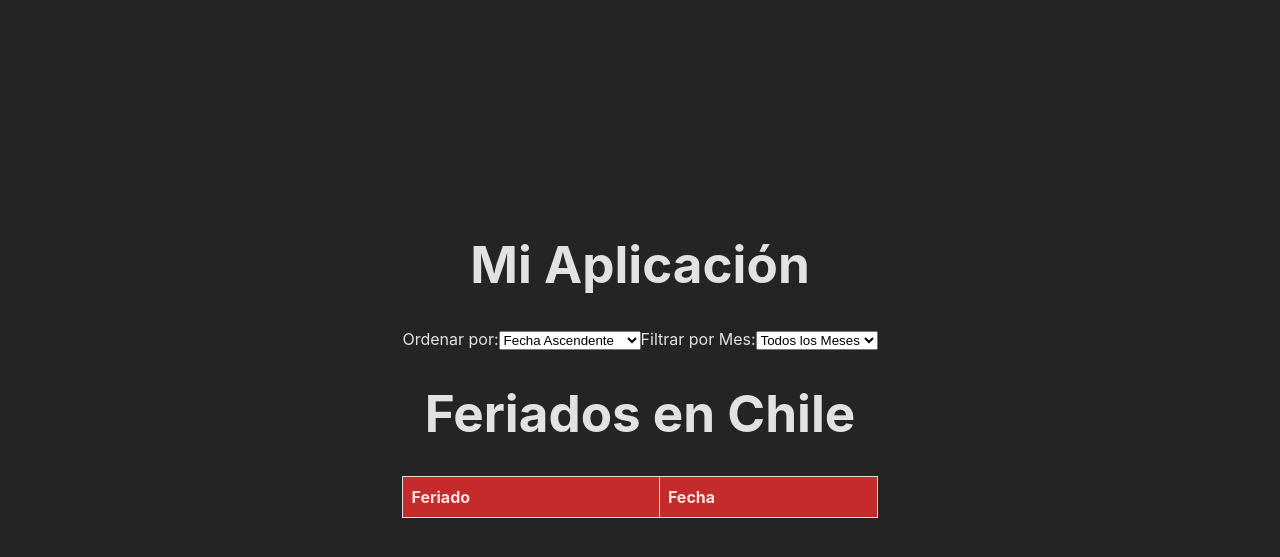
Repository: cvalenciapatagonia/Desafio-4-React-I
Page: /
The author's editor kept a copy of each file at every save. The page is drawn from the files as they stood at one save, then again after the next save.
The browser window is 1280 px wide. The pictures show the whole page.
The page's requests for data from a server got no answer. The project was rebuilt for these pictures with package versions that can differ from the ones it lists, and the page was loaded fresh each time. No one was signed in, and anything a server would have sent is missing. Also part of the build but not shown: vite.config.js.

Above is the page before, as saved 2023-09-07 13:36:55.

After the next save:
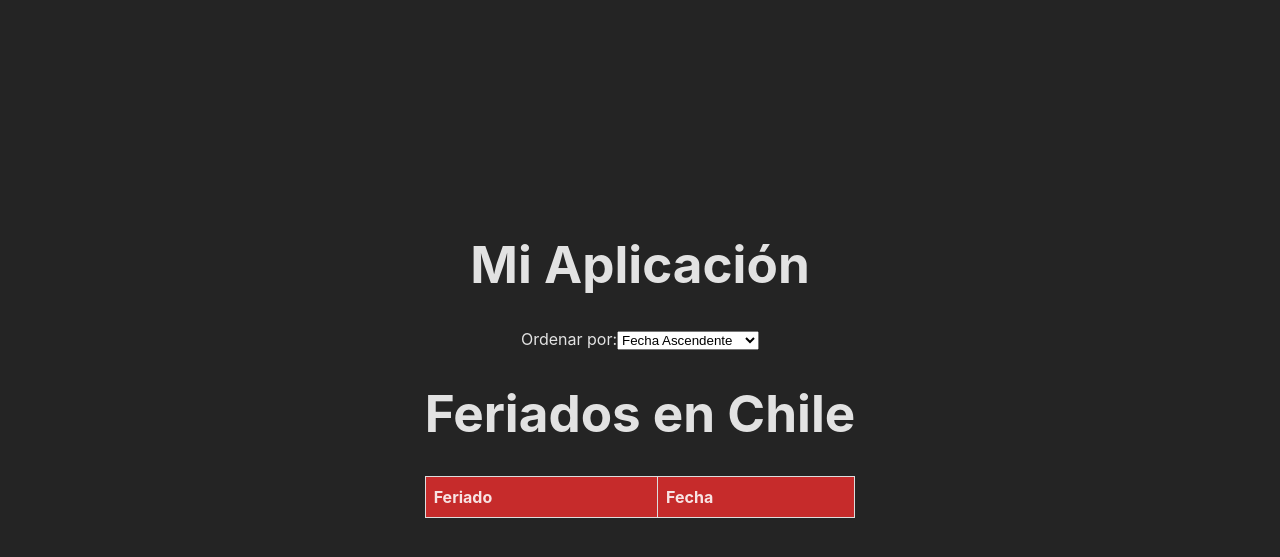
Saved 32 s later.
--- a/src/components/Buscador.jsx
+++ b/src/components/Buscador.jsx
@@ -1,19 +1,12 @@
 import React, { useState } from 'react';
 
-function Buscador({ onSortChange, onMonthChange }) {
+function Buscador({ onSortChange }) {
   const [sortOption, setSortOption] = useState('asc'); // Opción de ordenamiento predeterminada
-  const [selectedMonth, setSelectedMonth] = useState(''); // Mes seleccionado
 
   const handleSortChange = (e) => {
     const selectedOption = e.target.value;
     setSortOption(selectedOption);
     onSortChange(selectedOption);
-  };
-
-  const handleMonthChange = (e) => {
-    const selectedMonth = e.target.value;
-    setSelectedMonth(selectedMonth);
-    onMonthChange(selectedMonth);
   };
 
   return (
@@ -24,24 +17,6 @@ function Buscador({ onSortChange, onMonthChange }) {
         <option value="desc">Fecha Descendente</option>
         <option value="month">Por Mes</option>
       </select>
-
-      {/* Agregar otro select para seleccionar el mes */}
-      <label htmlFor="monthSelect">Filtrar por Mes:</label>
-      <select id="monthSelect" value={selectedMonth} onChange={handleMonthChange}>
-        <option value="">Todos los Meses</option>
-        <option value="01">Enero</option>
-        <option value="02">Febrero</option>
-        <option value="03">Marzo</option>
-        <option value="04">Abril</option>
-        <option value="05">Mayo</option>
-        <option value="06">Junio</option>
-        <option value="07">Julio</option>
-        <option value="08">Agosto</option>
-        <option value="09">Septiembre</option>
-        <option value="10">Octubre</option>
-        <option value="11">Noviembre</option>
-        <option value="12">Diciembre</option>
-      </select>
     </div>
   );
 }
